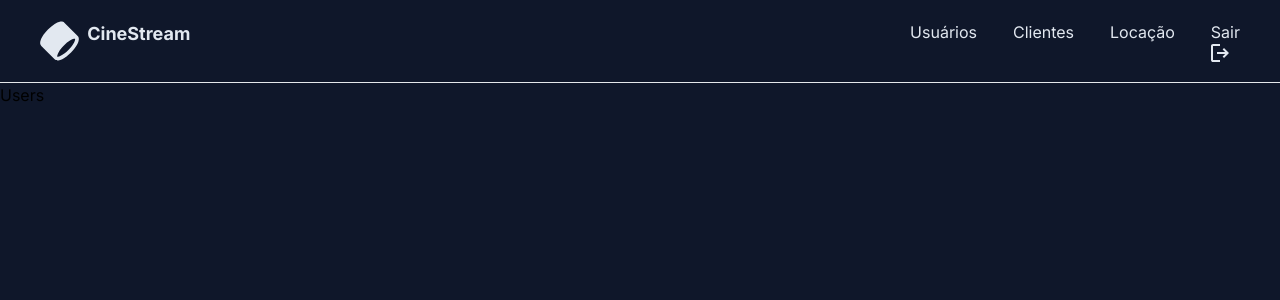
Repository: GabrielMA0/CineStream
Page: /users
The author's editor kept a copy of each file at every save. The page is drawn from the files as they stood at one save, then again after a run of saves.
The browser window is 1280 px wide. The pictures show the whole page.
The project was rebuilt for these pictures with package versions that can differ from the ones it lists, and the page was loaded fresh each time. Also part of the build but not shown: vite.config.ts, src/components/atoms/Button.vue, src/components/atoms/Alert.vue, src/components/atoms/Label.vue, src/components/atoms/Input.vue, src/components/atoms/ErrorMessage.vue, src/components/molecules/InputField.vue, src/components/organisms/Forms/LoginForm.vue and 3 more.

Above is the page before, as saved 2025-07-23 14:52:48.

### index.html
<!doctype html>
<html lang="en">
  <head>
    <meta charset="UTF-8" />
    <link rel="icon" type="image/svg+xml" href="/Logo.svg" />
    <meta name="viewport" content="width=device-width, initial-scale=1.0" />
    <title>CineStream</title>
  </head>
  <body>
    <div id="app"></div>
    <script type="module" src="/src/main.ts"></script>
  </body>
</html>

### src/main.ts
import { createApp } from 'vue'
import './style.css'
import App from './App.vue'
// @ts-ignore
import router from './router/router.js'

createApp(App).use(router).mount('#app')

### src/App.vue
<script setup lang="ts">
import Header from './components/organisms/Header.vue';
</script>

<template>
  <Header></Header>
  <router-view></router-view>
</template>

<style>
@import url('https://fonts.googleapis.com/css2?family=Inter:ital,opsz,wght@0,14..32,100..900;1,14..32,100..900&display=swap');
  body{
    background-color: #0F172A;
    font-family: "Inter", sans-serif;
    overflow: hidden;
  }
</style>

### src/router/router.ts
// src/router/index.js
import { createRouter, createWebHistory } from 'vue-router'
import Login from '../pages/Login.vue'
import Users from '../pages/Users.vue'
import Clients from '../pages/Clients.vue'
import Rental from '../pages/Rental.vue'

const routes = [
    {
        path: '/login',
        name: 'Login',
        component: Login,
    },
    {
        path: '/users',
        name: 'Users',
        component: Users,
    },
    {
        path: '/clients',
        name: 'Clients',
        component: Clients,
    },
    {
        path: '/rental',
        name: 'Rental',
        component: Rental,
    },
]

const router = createRouter({
    history: createWebHistory(),
    routes,
})

export default router

### src/components/organisms/Header.vue
<script setup lang="ts">
import Logo from '../atoms/Logo.vue';
import NavLink from '../molecules/NavLink.vue';
</script>

<template>
    <header class="flex gap-2 px-10 py-5 border-b-[1px] border-b-[#E5E8EB] place-content-between">
        <Logo></Logo>
        <NavLink></NavLink>
    </header>

</template>

<style scoped>
</style>

### src/pages/Users.vue
<script setup lang="ts">
</script>

<template>
  <span>Users</span>
</template>

<style scoped>
</style>

### src/components/atoms/Logo.vue
<script setup lang="ts">
</script>

<template>
    <div class="flex gap-2">
        <img src="/Logo.svg" alt="Logo" />
        <span class="text-[#E2E8F0] font-bold text-[18px]">CineStream</span>
    </div>

</template>

<style scoped>
</style>

### src/components/molecules/NavLink.vue
<script setup lang="ts">
import Link from '../atoms/Link.vue';
</script>

<template>
    <nav class="text-[#E2E8F0] flex gap-[36px]">
        <Link url="/users">Usuários</Link>
        <Link url="/clients">Clientes</Link>
        <Link url="/rental">Locação</Link>
        <Link class="flex">
            Sair
        <img src="/leave-icon.svg" alt="Logo" />

        </Link>
    </nav>
</template>

<style scoped>
</style>

### src/components/atoms/Link.vue
<script setup lang="ts">
defineProps({
  url: String
});
</script>

<template>
    <span class="text-[#E2E8F0] flex gap-1 hover:text-white">
        <router-link v-if="url" :to="url">
            <slot></slot>
        </router-link>

        <span v-else>
            <slot></slot>
        </span>
    </span>
</template>

<style scoped>
</style>

Loaded but not shown: src/style.css (common file)

After the next 2 saves:
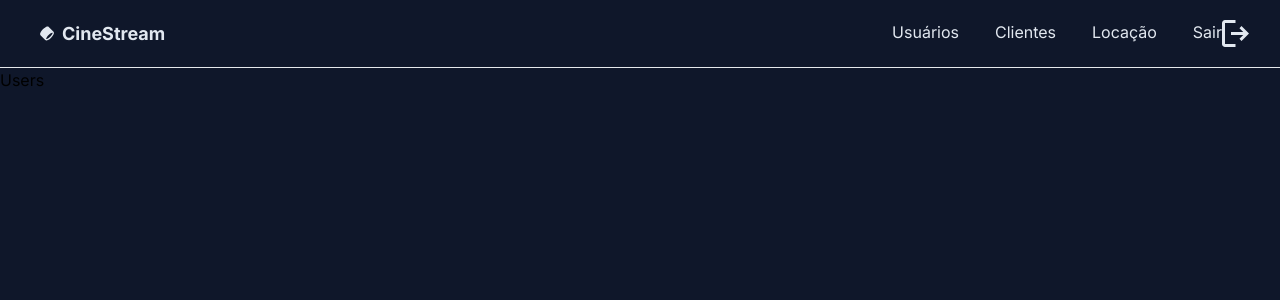
The 2 saves are shown as one change because they came seconds apart.
The last was saved 97 s later.
--- a/src/components/atoms/Link.vue
+++ b/src/components/atoms/Link.vue
@@ -5,12 +5,12 @@
 </script>
 
 <template>
-    <span class="text-[#E2E8F0] flex gap-1 hover:text-white">
+    <span class="text-[#E2E8F0] flex gap-1 hover:text-white ">
         <router-link v-if="url" :to="url">
             <slot></slot>
         </router-link>
 
-        <span v-else>
+        <span class="flex" v-else>
             <slot></slot>
         </span>
     </span>
